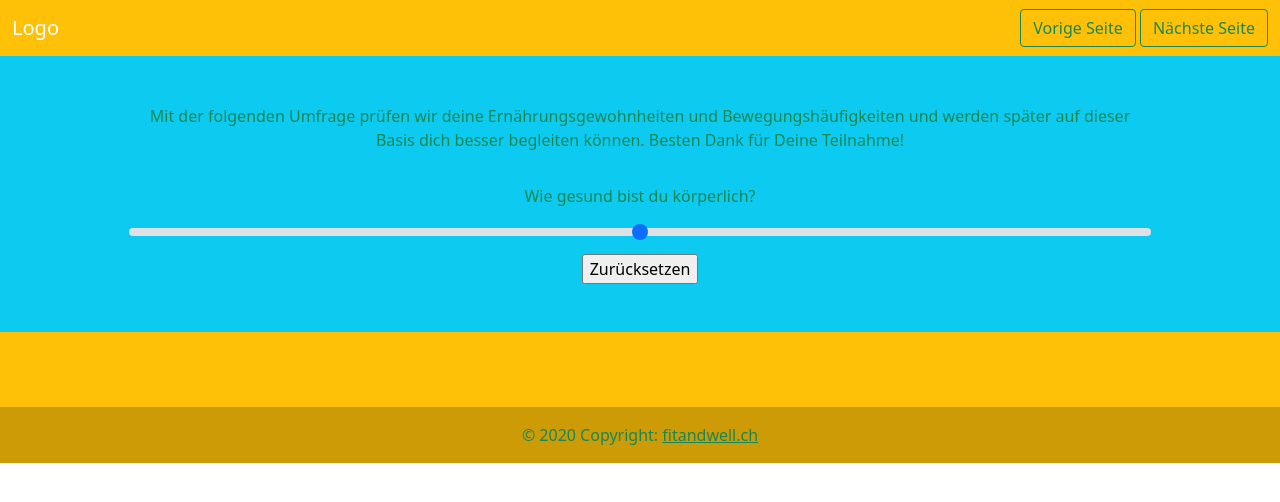
Repository: stephane71183101/Stephane-Personal-Health-Survey
Page: http://localhost/form-q01-start-page.php
The author's editor kept a copy of each file at every save. The page is drawn from the files as they stood at one save, then again after the next save.
The browser window is 1280 px wide. The pictures show the whole page.
The page is run by PHP 8.4 with error messages shown; the project is at /var/www/html/.

Above is the page before, as saved 2022-03-15 16:44:25.

### form-q01-start-page.php
<!DOCTYPE html>
<html lang="en">
<head>
    <meta charset="UTF-8">
    <meta http-equiv="X-UA-Compatible" content="IE=edge">
    <meta name="viewport" content="width=device-width, initial-scale=1.0">
    <title>Document</title>
    <link href="https://cdn.jsdelivr.net/npm/bootstrap@5.1.3/dist/css/bootstrap.min.css" rel="stylesheet" integrity="sha384-1BmE4kWBq78iYhFldvKuhfTAU6auU8tT94WrHftjDbrCEXSU1oBoqyl2QvZ6jIW3" crossorigin="anonymous">
    <script src="https://cdn.jsdelivr.net/npm/bootstrap@5.1.3/dist/js/bootstrap.bundle.min.js" integrity="sha384-ka7Sk0Gln4gmtz2MlQnikT1wXgYsOg+OMhuP+IlRH9sENBO0LRn5q+8nbTov4+1p" crossorigin="anonymous"></script>
</head>

<header>
    <nav class="navbar navbar-expand-lg navbar-light bg-warning">
    <div class="container-fluid">
        <a class="navbar-brand text-white" href="#">Logo</a>
        <div class="nav justify-content-end" id="navbarNav">
            <form class="d-flexme-2">
                <button class="btn btn-outline-success" type="submit">Vorige Seite</button>
                <button class="btn btn-outline-success" type="submit">Nächste Seite</button>
            </form>
        </div>
    </div>
    </nav>
</header>

<body>
    <div class="container-fluid pt-5 pb-3 text-center text-success bg-info">
        <div  class="container col-10">
        <p>Mit der folgenden Umfrage prüfen wir deine Ernährungsgewohnheiten und Bewegungshäufigkeiten und werden später auf dieser Basis dich besser begleiten können. Besten Dank für Deine Teilnahme!</p>
        </div>
    </div>

    <div class="container-fluid pb-5 text-center text-success bg-info">
        <div  class="container col-10">
        <form>
        <label for="customRange1" class="form-label pb-2">Wie gesund bist du körperlich?</label>
        <input type="range" class="form-range pb-2" min="0" max="4" step="1" data-slider-value="">
        <input type="reset" value="Zurücksetzen">
        </form>
        </div>
    </div>

<footer>
    <div class="text-center text-white bg-warning">
    <!-- Grid container -->
    <div class="container pt-4">
        <!-- Section: Social media -->
        <section class="mb-4">
        <!-- Facebook -->
        <a
            class="btn btn-link btn-floating btn-lg text-dark m-1"
            href="#"
            role="button"
            data-mdb-ripple-color="dark"
            ><i class="fab fa-facebook-f"></i
        ></a>

        <!-- Twitter -->
        <a
            class="btn btn-link btn-floating btn-lg text-dark m-1"
            href="#!"
            role="button"
            data-mdb-ripple-color="dark"
            ><i class="fab fa-twitter"></i
        ></a>

        <!-- Google -->
        <a
            class="btn btn-link btn-floating btn-lg text-dark m-1"
            href="#!"
            role="button"
            data-mdb-ripple-color="dark"
            ><i class="fab fa-google"></i
        ></a>

        <!-- Instagram -->
        <a
            class="btn btn-link btn-floating btn-lg text-dark m-1"
            href="#!"
            role="button"
            data-mdb-ripple-color="dark"
            ><i class="fab fa-instagram"></i
        ></a>

        <!-- Linkedin -->
        <a
            class="btn btn-link btn-floating btn-lg text-dark m-1"
            href="#!"
            role="button"
            data-mdb-ripple-color="dark"
            ><i class="fab fa-linkedin"></i
        ></a>
        <!-- Github -->
        <a
            class="btn btn-link btn-floating btn-lg text-dark m-1"
            href="#!"
            role="button"
            data-mdb-ripple-color="dark"
            ><i class="fab fa-github"></i
        ></a>
        </section>
        <!-- Section: Social media -->
    </div>
    <!-- Grid container -->

    <!-- Copyright -->
    <div class="text-center text-success p-3" style="background-color: rgba(0, 0, 0, 0.2);">
        © 2020 Copyright:
        <a class="text-success" href="#">fitandwell.ch</a>
    </div>
    <!-- Copyright -->
    </div>
</footer>
</body>

</html>

After the next save:
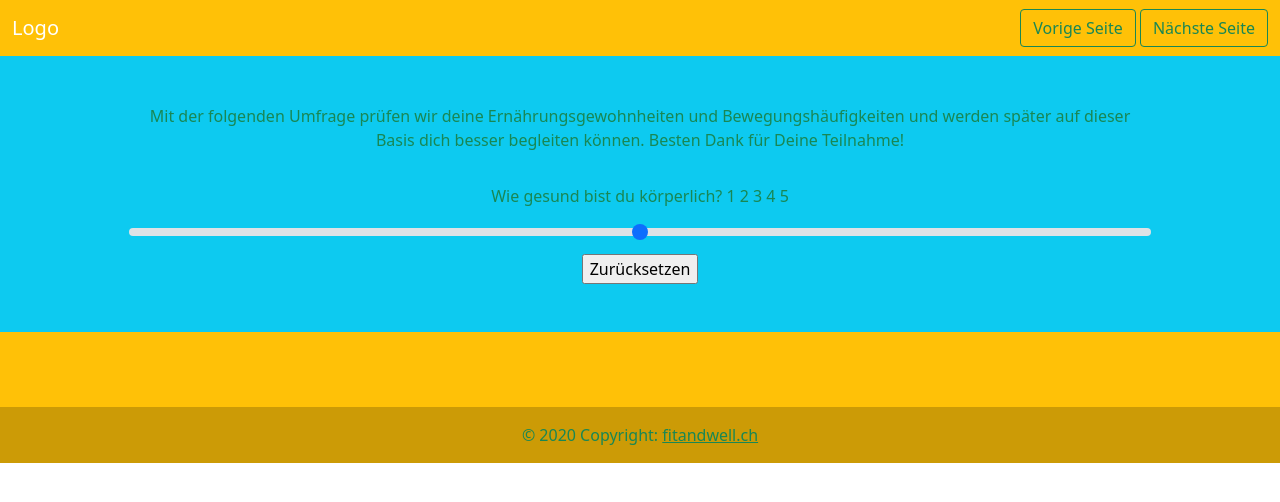
Saved 4 min 40 s later.
--- a/form-q01-start-page.php
+++ b/form-q01-start-page.php
@@ -34,6 +34,7 @@
         <div  class="container col-10">
         <form>
         <label for="customRange1" class="form-label pb-2">Wie gesund bist du körperlich?</label>
+        <label for="customRange1" class="form-label justify-content">1 2 3 4 5</label>
         <input type="range" class="form-range pb-2" min="0" max="4" step="1" data-slider-value="">
         <input type="reset" value="Zurücksetzen">
         </form>
